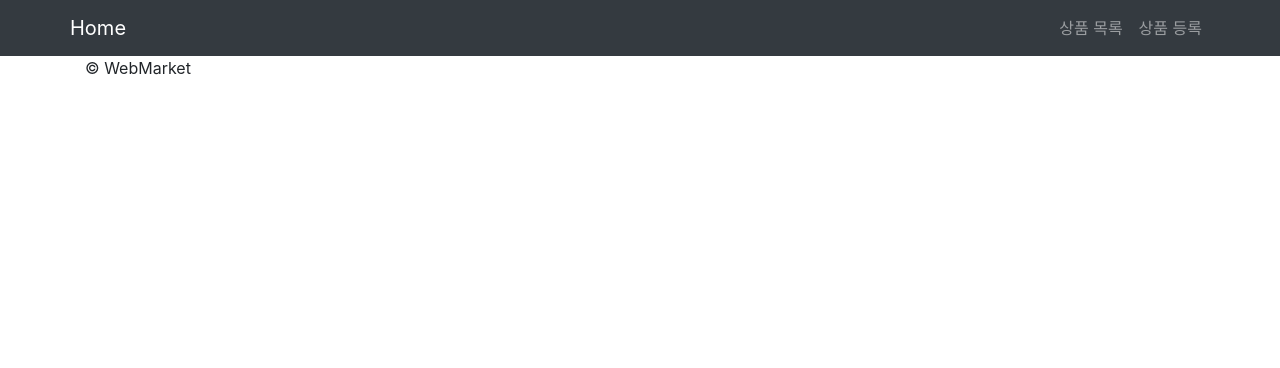
Repository: lhj257/jspwrokspace
Page: http://localhost/WebMarket/cart.jsp
An editor plug-in stored every save of this project. The page is shown before and after the next save, followed by the edit.
The browser window is 1280 px wide. The pictures show the whole page.
The page is served by Tomcat 9.

Above is the page before, as saved 2023-08-30 06:48:57.

After the next save:
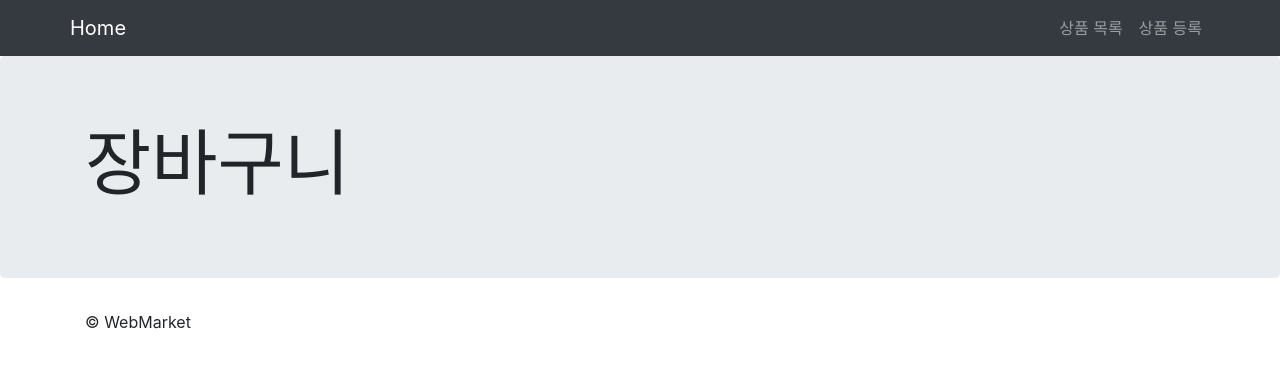
Saved 24 s later.
--- a/WebMarket/src/main/webapp/cart.jsp
+++ b/WebMarket/src/main/webapp/cart.jsp
@@ -15,6 +15,12 @@
 </head>
 <body>
 	<jsp:include page="menu.jsp" />
+	<div class="jumbotron">
+		<div class="container">
+			<h1 class="display-3">장바구니</h1>
+		</div>
+	</div>
+
 	<jsp:include page="footer.jsp" />
 </body>
 </html>
